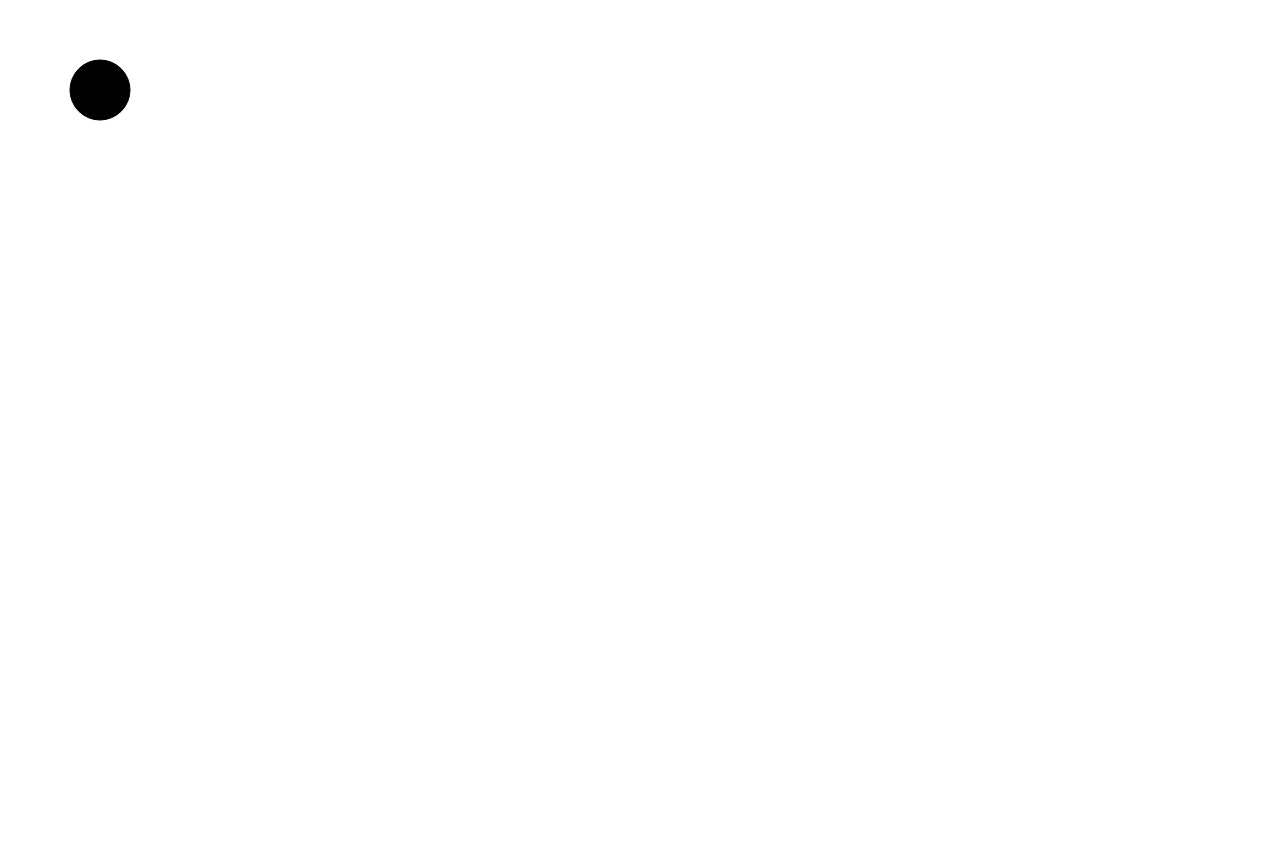
Repository: menyongkang/learing-canvas
Page: 拖拽坐标点.html
The author's editor kept a copy of each file at every save. The page is drawn from the files as they stood at one save, then again after the next save.
The browser window is 1280 px wide. The pictures show the whole page.

Above is the page before, as saved 2020-06-04 15:29:57.
Console error: ReferenceError: context is not defined

After the next save:
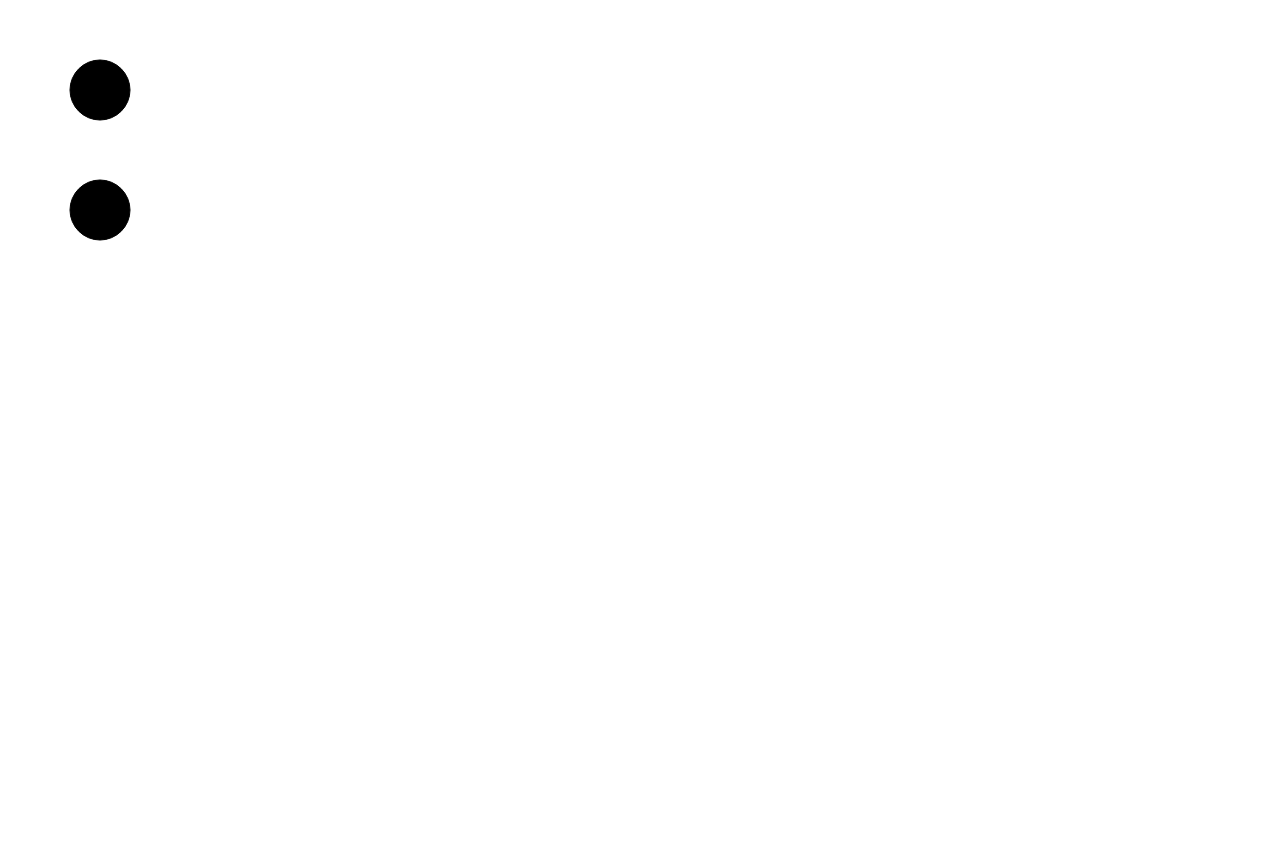
The error is gone.
Saved 6 s later.
--- a/拖拽坐标点.html
+++ b/拖拽坐标点.html
@@ -65,11 +65,11 @@
       ctx.fill()
       ctx.stroke()
 
-      context.beginPath()
-      context.arc(50, 160, 30, 0, 2 * Math.PI)
+      ctx.beginPath()
+      ctx.arc(50, 160, 30, 0, 2 * Math.PI)
       // 填充圆形
-      context.fill()
-      context.stroke()
+      ctx.fill()
+      ctx.stroke()
     }
 
     drawScreen();
